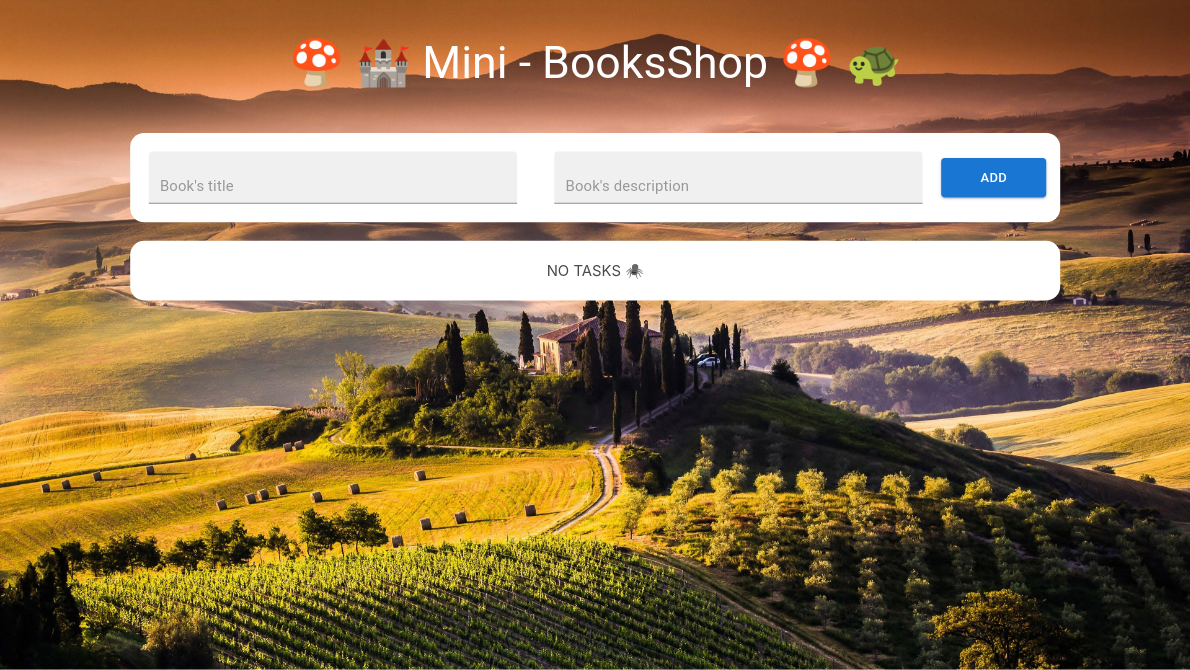
Repository: Tracy-maker/mini-bookshop
Page: /
The author's editor kept a copy of each file at every save. The page is drawn from the files as they stood at one save, then again after a run of saves.
The browser window is 1280 px wide. The pictures show the whole page, at 93% of full size.
The project was rebuilt for these pictures with package versions that can differ from the ones it lists, and the page was loaded fresh each time. Also part of the build but not shown: src/components/BookEdit.js, src/components/TaskShow.js.

Above is the page before, as saved 2023-09-21 16:21:08.

After the next 2 saves:
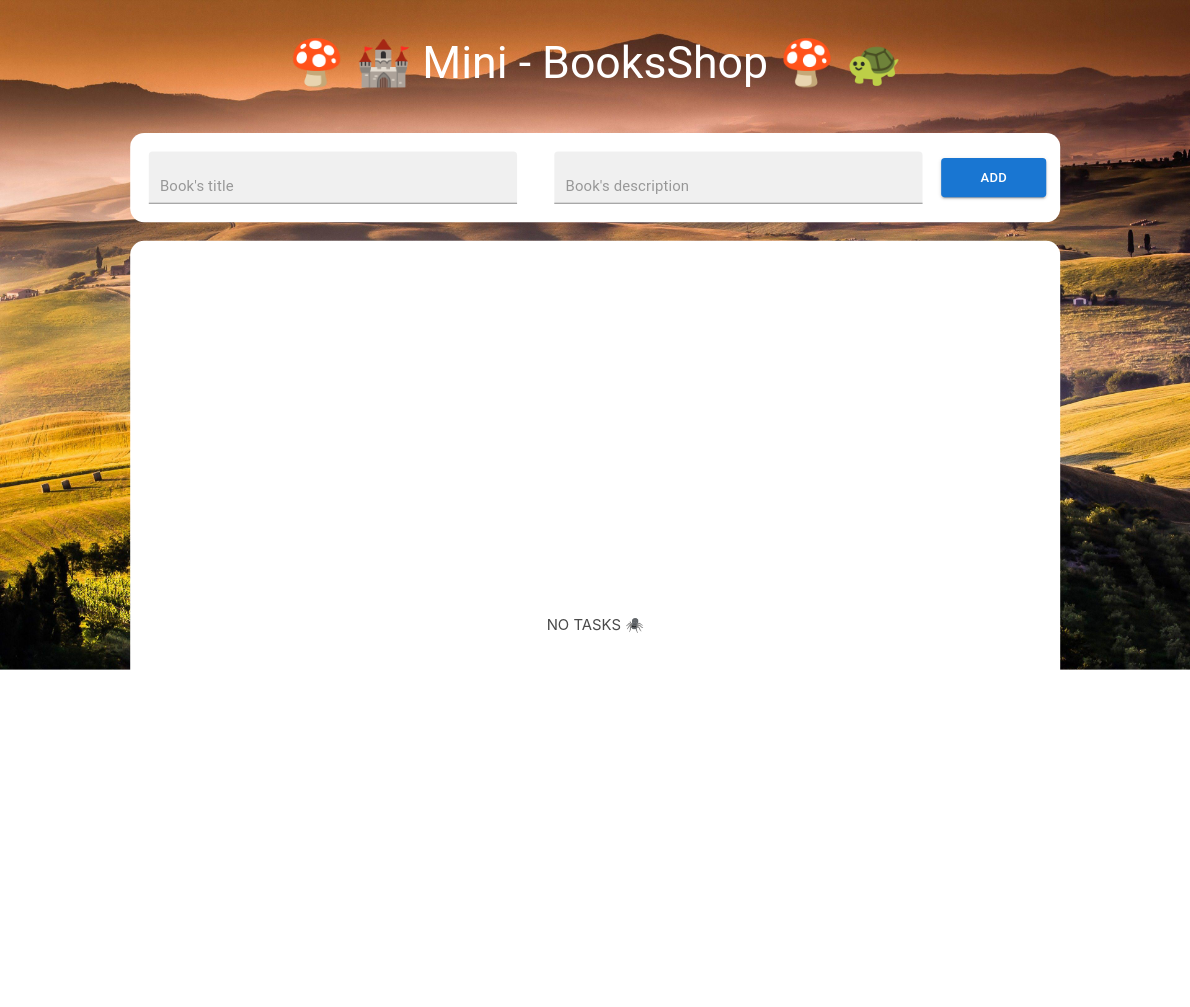
The 2 saves are shown as one change because they came seconds apart.
The last was saved 8 s later.
--- a/src/components/TaskList.js
+++ b/src/components/TaskList.js
@@ -5,7 +5,7 @@ import styled from "styled-components";
 
 const Reminder = styled(Box)`
   text-align: center;
-  padding: ${(props) => (props.noTasks ? "2%" : "0")};
+  padding: ${(props) => (props.noTasks ? "40%" : "0")};
 `;
 
 function TaskList(props) {
